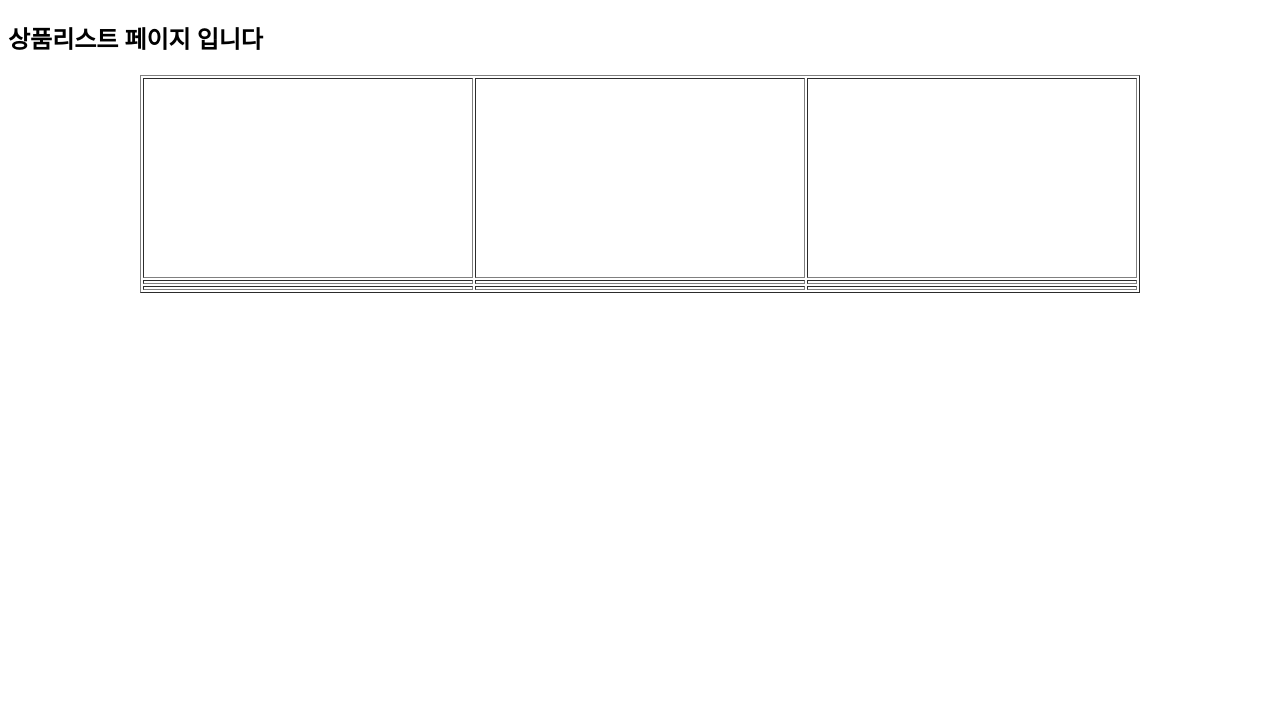
Repository: simjinbo/shoppingmall-lookbom
Page: http://localhost/lookBomProject/views/product/productListView.jsp
The author's editor kept a copy of each file at every save. The page is drawn from the files as they stood at one save, then again after the next save.
The browser window is 1280 px wide. The pictures show the whole page.
The page is served by Tomcat 9. Nobody is signed in. The application's start-up code is not run.

Above is the page before, as saved 2019-03-12 03:45:15.

After the next save:
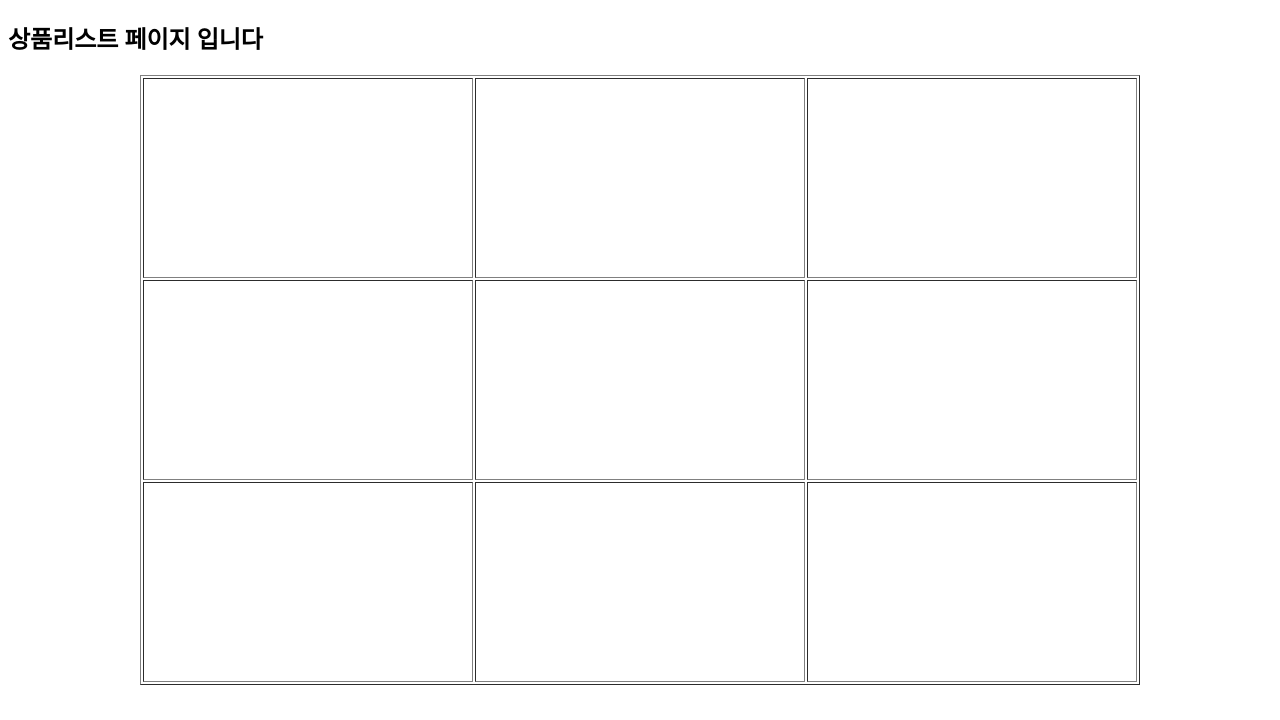
Saved 21 s later.
--- a/lookBomProject/web/views/product/productListView.jsp
+++ b/lookBomProject/web/views/product/productListView.jsp
@@ -10,8 +10,8 @@
 <h2>상품리스트 페이지 입니다</h2>
 <table align ="center" width="1000" border="1px solid #bcbcbc">
 <tr height="200"><th></th><th></th><th></th></tr>
-<tr><th></th><th></th><th></th></tr>
-<tr><th></th><th></th><th></th></tr>
+<tr height="200"><th></th><th></th><th></th></tr>
+<tr height="200"><th></th><th></th><th></th></tr>
 </table>
 </body>
 </html>
